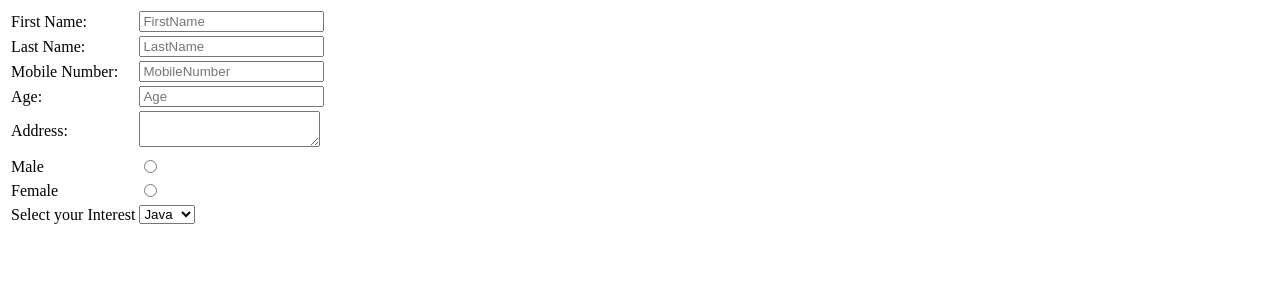
Repository: Ganesh281996/Ganesh
Page: BasicHtml/WebContent/Login.html
An editor plug-in stored every save of this project. The page is shown before and after the next save, followed by the edit.
The browser window is 1280 px wide. The pictures show the whole page.

Above is the page before, as saved 2018-03-27 12:14:07.

After the next save:
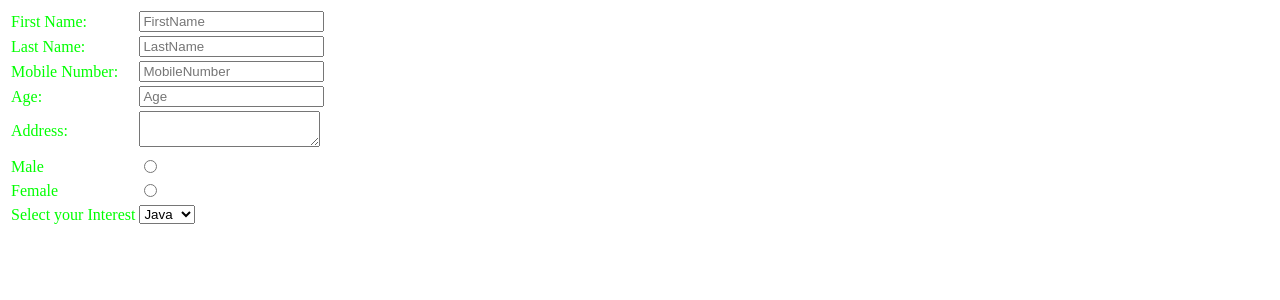
Saved 3 min 26 s later.
--- a/BasicHtml/WebContent/Login.html
+++ b/BasicHtml/WebContent/Login.html
@@ -6,7 +6,10 @@
 </head>
 <body>
 <style>
-
+tr
+{
+color: lime;
+}
 </style>
 <form action="">
 <table>
